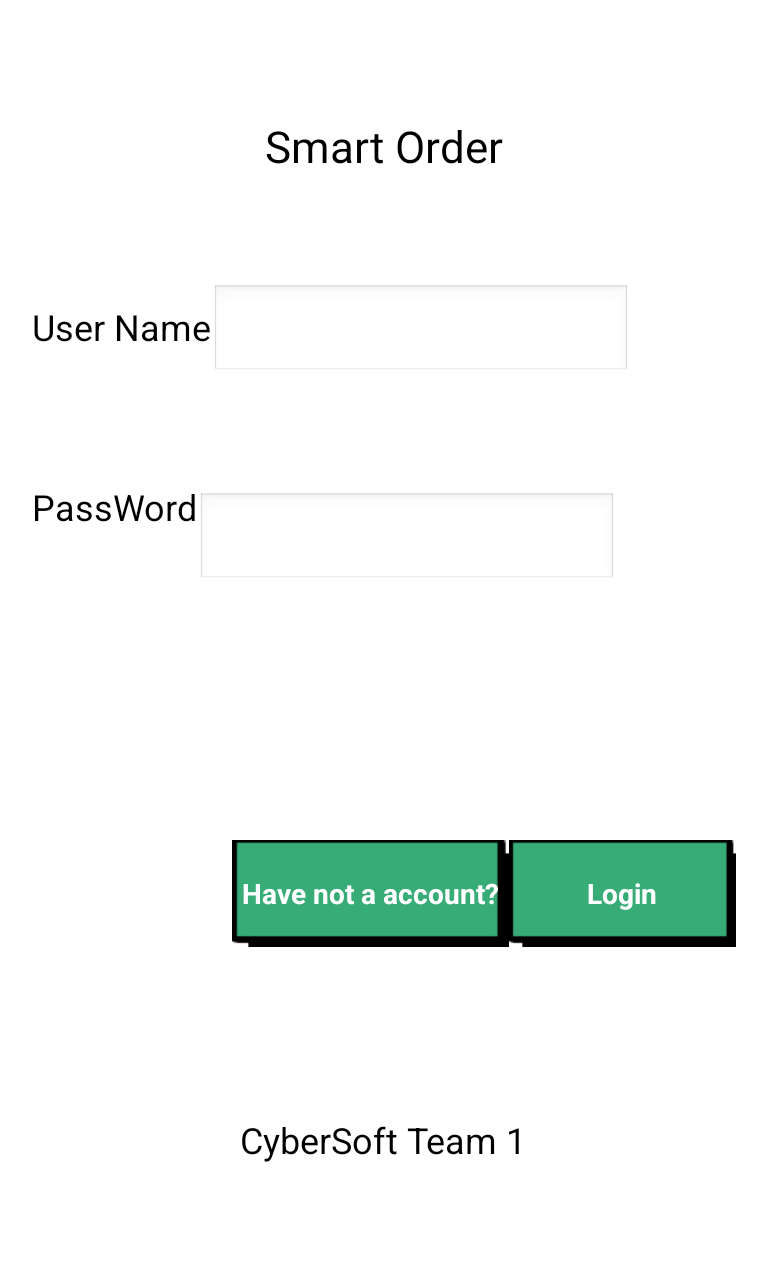
Repository: VanThi/Smart_Order
Layout: Project OS/Project_SO/res/layout/activity_login.xml
The author's editor kept a copy of each file at every save. The layout is drawn from the files as they stood at one save, then again after the next save.
It is drawn on a 768 x 1280 px phone screen (xhdpi) without system bars, with theme android:Theme.Light.NoTitleBar.Fullscreen; the app's code is not run.

Above is the layout before, as saved 2013-11-09 11:25:38.

### Project OS/Project_SO/res/layout/activity_login.xml
<LinearLayout xmlns:android="http://schemas.android.com/apk/res/android"
    xmlns:tools="http://schemas.android.com/tools"
    android:layout_width="match_parent"
    android:layout_height="match_parent"
    android:orientation="vertical"
    android:paddingBottom="@dimen/activity_vertical_margin"
    android:paddingLeft="@dimen/activity_horizontal_margin"
    android:paddingRight="@dimen/activity_horizontal_margin"
    android:paddingTop="@dimen/activity_vertical_margin"
    tools:context=".LoginActivity" >

    <TextView
        android:layout_width="wrap_content"
        android:layout_height="0dip"
        android:layout_gravity="center_horizontal"
        android:layout_weight="1" />

    <TextView
        android:id="@+id/smartOrder"
        android:layout_width="wrap_content"
        android:layout_height="0dip"
        android:layout_gravity="center_horizontal"
        android:layout_weight="2"
        android:text="@string/app_name"
        android:textAppearance="?android:attr/textAppearanceLarge" />

    <LinearLayout
        android:layout_width="wrap_content"
        android:layout_height="wrap_content"
        android:layout_weight="1"
        android:orientation="horizontal" >

        <TextView
            android:id="@+id/tv_userName"
            android:layout_width="wrap_content"
            android:layout_height="wrap_content"
            android:text="@string/userName"
            android:textAppearance="?android:attr/textAppearanceMedium" />

        <EditText
            android:id="@+id/et_userName_login"
            android:layout_width="wrap_content"
            android:layout_height="wrap_content"
            android:ems="10"
            android:inputType="text" />
    </LinearLayout>

    <LinearLayout
        android:layout_width="wrap_content"
        android:layout_height="wrap_content"
        android:layout_weight="3"
        android:orientation="horizontal" >

        <TextView
            android:id="@+id/tv_pass"
            android:layout_width="wrap_content"
            android:layout_height="wrap_content"
            android:text="@string/password"
            android:textAppearance="?android:attr/textAppearanceMedium" />

        <EditText
            android:id="@+id/et_pass_login"
            android:layout_width="wrap_content"
            android:layout_height="wrap_content"
            android:layout_marginTop="14dp"
            android:ems="10"
            android:inputType="textPassword" />
    </LinearLayout>

    <LinearLayout
        android:layout_width="wrap_content"
        android:layout_height="wrap_content"
        android:layout_gravity="right"
        android:layout_weight="2"
        android:orientation="horizontal" >

        <Button
            android:id="@+id/register"
            style="@style/Button"
            android:layout_width="wrap_content"
            android:layout_height="wrap_content"
            android:text="@string/register" />

        <Button
            android:id="@+id/login"
            style="@style/Button"
            android:layout_width="wrap_content"
            android:layout_height="wrap_content"
            android:text="@string/login" />
    </LinearLayout>

    <TextView
        android:id="@+id/cyberTeam"
        android:layout_width="wrap_content"
        android:layout_height="wrap_content"
        android:layout_gravity="center"
        android:layout_weight="1"
        android:text="@string/developer"
        android:textAppearance="?android:attr/textAppearanceMedium" />

</LinearLayout>

### Project OS/Project_SO/res/values/strings.xml
<?xml version="1.0" encoding="utf-8"?>
<resources>

    <string name="app_name">Smart Order</string>
    <string name="action_settings">Settings</string>
    <string name="hello_world">Hello world!</string>
    <string name="menu_item">Menu</string>
    <string name="configuration">View Info</string>
    <string name="viewOrder">View Order</string>
    <string name="logout">Logout</string>
    <string name="exit">Exit</string>
    <string name="userName">User Name</string>
    <string name="password">PassWord</string>
    <string name="address">Address</string>
    <string name="phoneNumber">Phone Number</string>
    <string name="email">Email</string>
    <string name="confirm">Confirm</string>
    <string name="fullName">Full Name</string>
    <string name="register">Have not a account?</string>
    <string name="login">Login</string>
    <string name="developer">CyberSoft Team 1</string>
    <string name="clear">Clear</string>
    <string name="update">Update</string>
    <string name="order">Order</string>
    <string name="save">Save</string>
    <string name="registerForm">Register Form</string>
	<string name="configurationForm">View Info</string>
	<string name="ok">OK</string>
	<string name="back">Back</string>
	<string name="inc">+</string>
	<string name="dec">-</string>

</resources>

### Project OS/Project_SO/res/values/styles.xml
<resources>

    <!--
        Base application theme, dependent on API level. This theme is replaced
        by AppBaseTheme from res/values-vXX/styles.xml on newer devices.
    -->
    <style name="AppBaseTheme" parent="android:Theme.Light">
        <!--
            Theme customizations available in newer API levels can go in
            res/values-vXX/styles.xml, while customizations related to
            backward-compatibility can go here.
        -->
    </style>

    <style name="NoActionBar" parent="@android:style/Theme.Holo.NoActionBar">
        <!-- Inherits the Holo theme with no action bar; no other styles needed. -->
    </style>

    <!-- Application theme. -->
    <style name="AppTheme" parent="AppBaseTheme">
        <!-- All customizations that are NOT specific to a particular API-level can go here. -->
    </style>

    <style name="HeaderBG">
        <item name="android:layout_width">fill_parent</item>
        <item name="android:layout_height">60dp</item>
        <item name="android:background">@drawable/header_bg</item>
        <item name="android:orientation">horizontal</item>
    </style>

    <style name="HeaderText">
        <item name="android:textColor">#FFFFFF</item>
        <item name="android:textSize">22sp</item>
        <item name="android:textStyle">bold</item>
        <item name="android:ellipsize">end</item>
        <item name="android:gravity">center</item>
        <item name="android:singleLine">true</item>
        <item name="android:text">@string/app_name</item>
    </style>

    <style name="Background">
        <item name="android:layout_width">fill_parent</item>
        <item name="android:layout_height">fill_parent</item>
        <item name="android:background">@color/background</item>
        <item name="android:orientation">vertical</item>
    </style>

    <style name="MENU">
        <item name="android:layout_width">fill_parent</item>
        <item name="android:layout_height">63dp</item>
        <item name="android:background">@drawable/menu_bg</item>
        <item name="android:gravity">center_vertical</item>
        <item name="android:padding">10dp</item>
        <item name="android:textColor">#FFFFFF</item>
        <item name="android:textSize">16sp</item>
    </style>

    <style name="TextDescription">
        <item name="android:textColor">@color/black</item>
        <item name="android:textSize">16sp</item>
        <item name="android:typeface">sans</item>
        <item name="android:textStyle">bold</item>
    </style>

    <style name="Text">
        <item name="android:textColor">@color/black</item>
        <item name="android:textSize">14sp</item>
        <item name="android:typeface">sans</item>
    </style>

    <style name="EditText">
        <item name="android:textColor">@color/black</item>
        <item name="android:textSize">14sp</item>
        <item name="android:typeface">sans</item>
        <item name="android:padding">5dp</item>
    </style>

    <style name="Button">
        <item name="android:padding">5dp</item>
        <item name="android:textStyle">bold</item>
        <item name="android:textColor">@color/white</item>
        <item name="android:textSize">14sp</item>
        <item name="android:background">@drawable/btn_bg</item>
        <item name="android:typeface">sans</item>
        <item name="android:layout_width">90dp</item>
        <item name="android:layout_height">40dp</item>
    </style>

    <style name="ButtonRight">
        <item name="android:padding">5dp</item>
        <item name="android:textStyle">bold</item>
        <item name="android:textColor">@color/white</item>
        <item name="android:textSize">14sp</item>
        <item name="android:background">@drawable/btn_bg</item>
        <item name="android:typeface">sans</item>
        <item name="android:layout_width">90dp</item>
        <item name="android:layout_height">40dp</item>
        <item name="android:layout_marginLeft">5dp</item>
    </style>

    <style name="CustomProgressBar" parent="android:Widget.ProgressBar.Horizontal">
        <item name="android:layout_width">200dp</item>
        <item name="android:layout_height">wrap_content</item>
        <item name="android:padding">5dp</item>
        <item name="android:layout_marginRight">10dp</item>
        <item name="android:indeterminateOnly">false</item>
        <item name="android:progressDrawable">@drawable/custom_progress_bar_horizontal</item>
        <item name="android:minHeight">10dip</item>
        <item name="android:maxHeight">20dip</item>
    </style>


</resources>

### Project OS/Project_SO/res/values/colors.xml
<?xml version="1.0" encoding="utf-8"?>
<resources>
	<color name="transparent">#00000000</color>
	<color name="menu_background">#C0C0C0</color>
	<color name="background">#ffffff</color>

	<!-- Process bar -->
	<color name="black">#000000</color>
	<color name="white">#ffffff</color>
	<color name="progressbar">#4b80ce</color>

</resources>

### Project OS/Project_SO/res/drawable/btn_bg.xml
<?xml version="1.0" encoding="utf-8"?>
<selector xmlns:android="http://schemas.android.com/apk/res/android">
    <item android:state_pressed="true"
          android:drawable="@drawable/btn_bg_selected" /> <!-- pressed -->
    <item android:state_focused="true"
          android:drawable="@drawable/btn_bg_selected" /> <!-- focused -->
    <item android:drawable="@drawable/btn_bg_normal" /> <!-- default -->
</selector>

Loaded but not shown: Project OS/Project_SO/res/values/dimens.xml (common file)

After the next save:
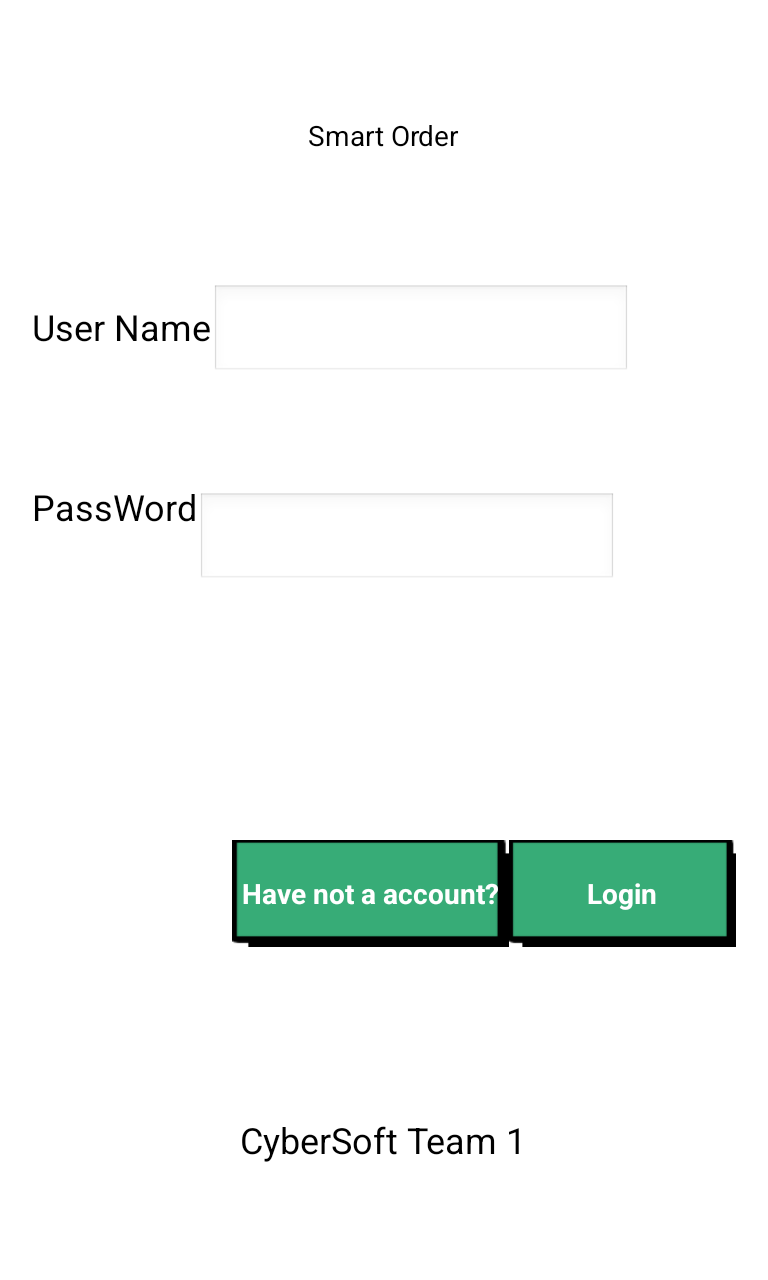
Saved 19 s later.
--- a/Project OS/Project_SO/res/layout/activity_login.xml
+++ b/Project OS/Project_SO/res/layout/activity_login.xml
@@ -21,6 +21,7 @@
         android:layout_height="0dip"
         android:layout_gravity="center_horizontal"
         android:layout_weight="2"
+        style="@style/Text"
         android:text="@string/app_name"
         android:textAppearance="?android:attr/textAppearanceLarge" />
 
